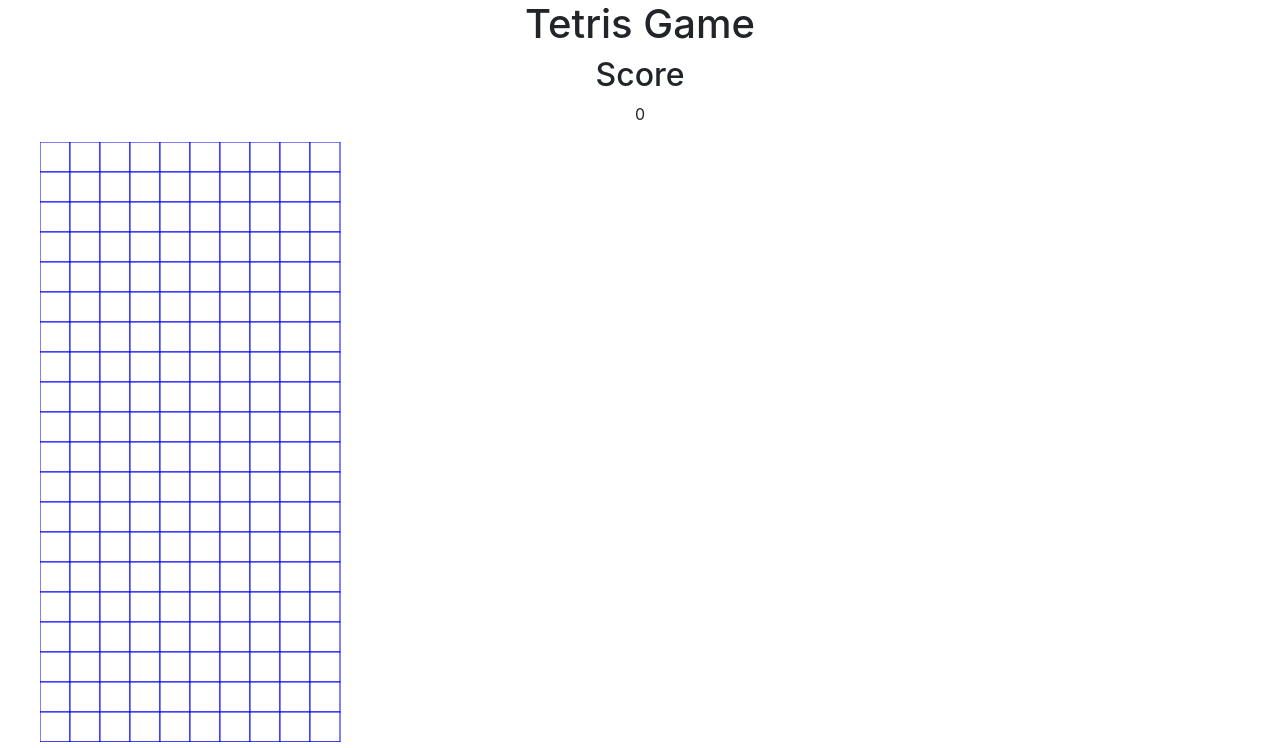
Repository: nlbien22/games
Page: Tetris/index.html
An editor plug-in stored every save of this project. The page is shown before and after the next save, followed by the edit.
The browser window is 1280 px wide. The pictures show the whole page.

Above is the page before, as saved 2024-11-14 21:55:38.

After the next save:
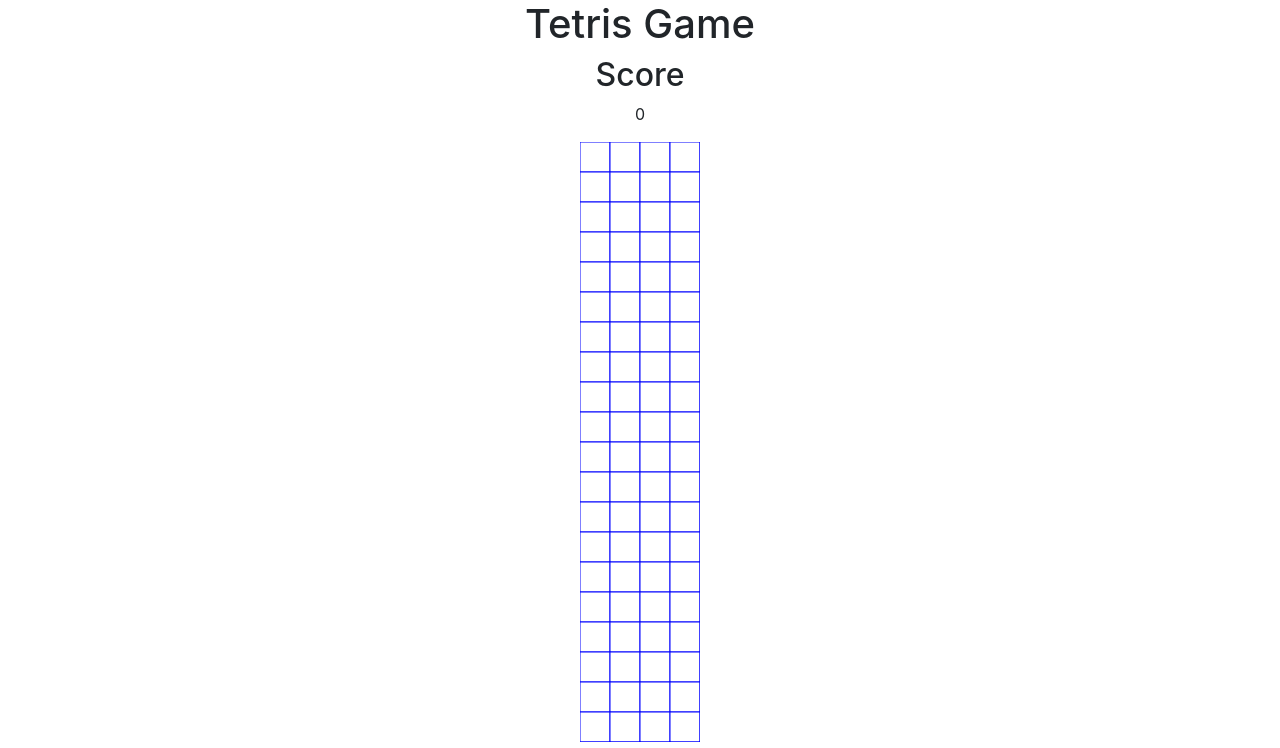
Saved 14 s later.
--- a/Tetris/index.html
+++ b/Tetris/index.html
@@ -14,7 +14,7 @@
         <p id="score">0</p>
     </div>
     <div class="game text-center">
-        <canvas id="tetris" width="1200" height="600">
+        <canvas id="tetris" width="120" height="600">
         </canvas>
     </div>
     <script src="script.js"></script>
